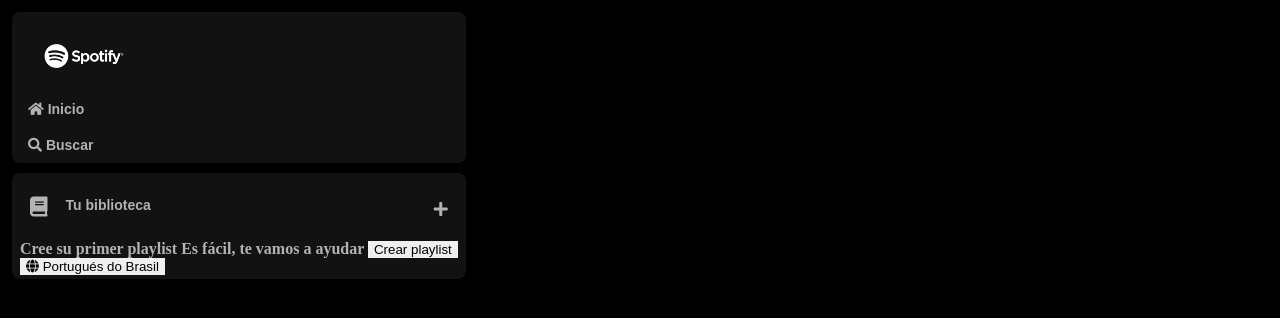
Repository: AnaFzCz/PROYECTO-SPOTIFY
Page: index.html
The author's editor kept a copy of each file at every save. The page is drawn from the files as they stood at one save, then again after the next save.
The browser window is 1280 px wide. The pictures show the whole page.

Above is the page before, as saved 2025-01-28 22:15:21.

After the next save:
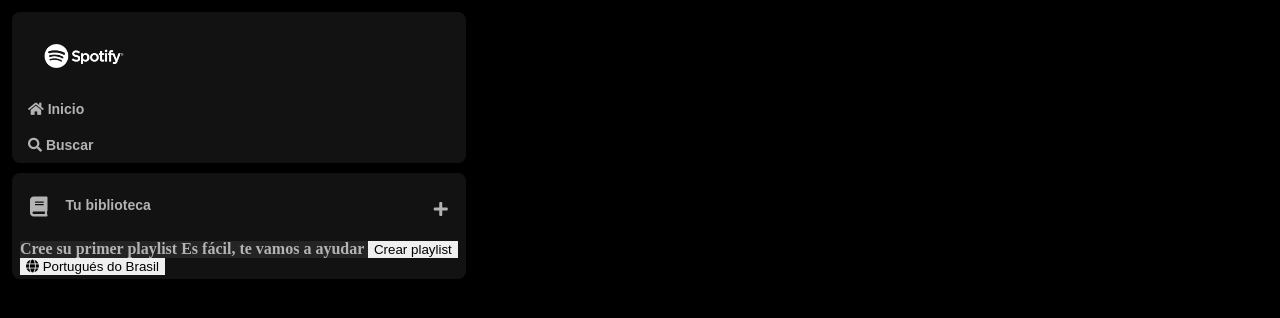
Saved 17 min 53 s later.
--- a/styles.css
+++ b/styles.css
@@ -92,3 +92,10 @@
 .biblioteca .biblioteca_contenido .fa-plus {
     margin: 24px 10px;
 }
+
+.seccion_playlist{
+    display:flex;
+    align-items: flex-start;
+    justify-content: space-between;
+    background-color:#242424;
+}
